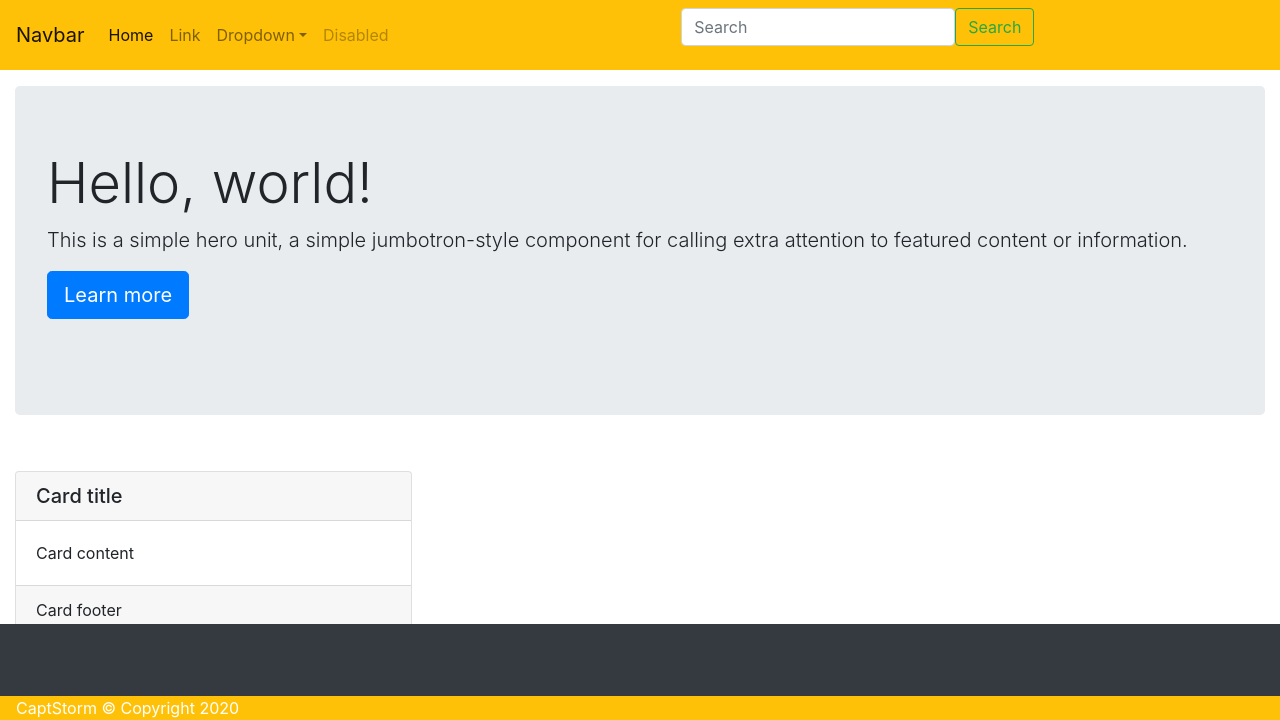
Repository: CaptainStorm21/complete-react16-bootstrap-passing-props
Page: /
An editor plug-in stored every save of this project. The page is shown before and after the next save, followed by the edit.
The browser window is 1280 px wide. The pictures show the whole page.
The project was rebuilt for these pictures with package versions that can differ from the ones it lists, and the page was loaded fresh each time.

Above is the page before, as saved 2020-04-23 14:27:53.

After the next save:
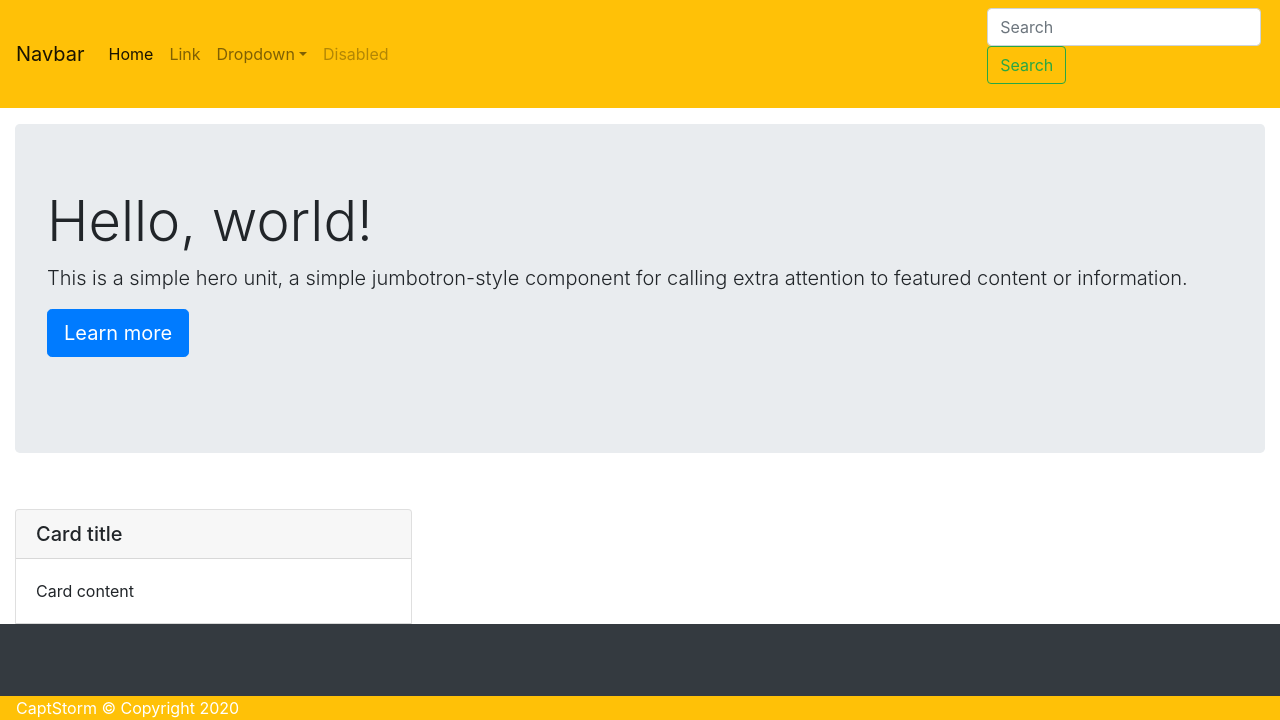
Saved 16 s later.
--- a/src/components/layout/Navbar.js
+++ b/src/components/layout/Navbar.js
@@ -32,7 +32,7 @@ function Navbar() {
               <a className="nav-link disabled" href="/">Disabled</a>
             </li>
           </ul>
-          <div className="input-group mb-3 float-right">
+          <div className="input-group mb-3 col-3 float-right">
   <div className="input-group-append">
           <form className="form-inline ">
             <input className="form-control " type="search" placeholder="Search" aria-label="Search" />
